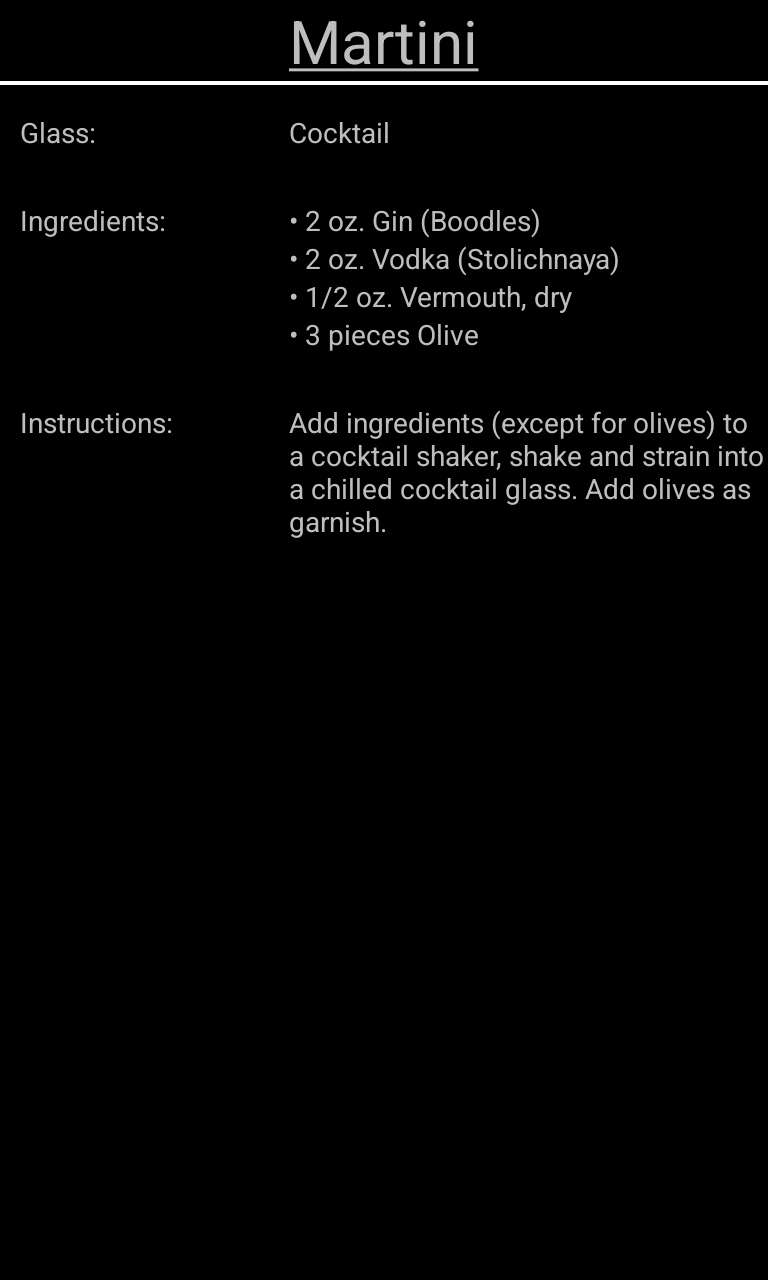
Repository: caltangelo/Drinkables
Layout: CocktailView/res/layout/main.xml
An editor plug-in stored every save of this project. The layout is shown before and after the next save, followed by the edit.
It is drawn on a 768 x 1280 px phone screen (xhdpi) without system bars, with theme android:Theme; the app's code is not run.

Above is the layout before, as saved 2011-09-22 21:09:58.

### CocktailView/res/layout/main.xml
<?xml version="1.0" encoding="utf-8"?>
<RelativeLayout xmlns:android="http://schemas.android.com/apk/res/android"
	android:orientation="vertical" android:layout_width="fill_parent"
	android:layout_height="fill_parent">
	<TextView android:id="@+id/drinkname" android:layout_height="wrap_content"
		android:textSize="30sp" android:text="@string/drink_name"
		android:layout_width="wrap_content" android:layout_alignParentTop="true"
		android:layout_centerHorizontal="true" />

	<TextView android:layout_width="fill_parent" android:layout_height="2dp" android:background="#FFFFFFFF"
		android:layout_below="@id/drinkname"/>

	<TextView android:layout_height="wrap_content" android:id="@+id/ingredient_label"
		android:text="Ingredients: " android:layout_width="wrap_content"
		android:layout_below="@+id/glass_label"
		android:layout_alignLeft="@id/glass_label" android:layout_marginTop="25dp" />
	<TableLayout android:layout_height="wrap_content"
		android:id="@+id/ingredient_table" android:layout_width="wrap_content"
		android:layout_alignTop="@+id/ingredient_label"
		android:layout_alignLeft="@+id/drinkname"
		android:layout_alignParentRight="true">
		<TableRow android:id="@+id/tableRow1" android:layout_width="wrap_content"
			android:layout_height="wrap_content">
			<TextView android:text="• 2 oz. Gin (Boodles)" android:id="@+id/textView1"
				android:layout_width="wrap_content" android:layout_height="wrap_content" />
		</TableRow>
		<TableRow android:id="@+id/tableRow2" android:layout_width="wrap_content"
			android:layout_height="wrap_content">
			<TextView android:text="• 2 oz. Vodka (Stolichnaya)"
				android:id="@+id/textView2" android:layout_width="wrap_content"
				android:layout_height="wrap_content"></TextView>
		</TableRow>
		<TableRow android:id="@+id/tableRow3" android:layout_width="wrap_content"
			android:layout_height="wrap_content">
			<TextView android:text="• 1/2 oz. Vermouth, dry" android:id="@+id/textView3"
				android:layout_width="wrap_content" android:layout_height="wrap_content"></TextView>
		</TableRow>
		<TableRow android:id="@+id/tableRow4" android:layout_width="wrap_content"
			android:layout_height="wrap_content">
			<TextView android:text="• 3 pieces Olive" android:id="@+id/textView4"
				android:layout_width="wrap_content" android:layout_height="wrap_content"></TextView>
		</TableRow>
	</TableLayout>

	<TextView android:id="@+id/instruction_label"
		android:layout_height="wrap_content" android:layout_width="wrap_content"
		android:layout_below="@id/ingredient_table"
		android:layout_alignLeft="@id/glass_label" android:text="Instructions: "
		android:layout_marginTop="25dp" />
	<TextView android:id="@+id/instructions"
		android:layout_height="wrap_content" android:layout_width="wrap_content"
		android:layout_alignTop="@id/instruction_label"
		android:layout_alignLeft="@id/drinkname"
		android:layout_alignParentRight="true" android:text="@string/drink_instructions" />

	<TextView android:id="@+id/glass_label" android:layout_width="wrap_content"
		android:layout_height="wrap_content" android:layout_below="@id/drinkname"
		android:layout_marginLeft="10dp" android:text="Glass:" android:layout_marginTop="16dp"/>
	<TextView android:id="@+id/glass_type"
		android:layout_toRightOf="@id/glass_label" android:text="@string/drink_glass"
		android:layout_height="wrap_content" android:layout_width="wrap_content"
		android:layout_alignTop="@id/glass_label" android:layout_alignLeft="@+id/drinkname" />

</RelativeLayout>

### CocktailView/res/values/strings.xml
<?xml version="1.0" encoding="utf-8"?>
<resources>
    <string name="hello">Hello World, CocktailViewActivity!</string>
    <string name="app_name">CocktailView</string>
    <string name="drink_name"><u>Martini</u></string>
    <string name="drink_glass">Cocktail</string>
    <string-array name="drink_ingredients">
        <item>2 oz. Gin (Boodles)</item>
        <item>2 oz. Vodka (Stolichnaya)</item>
        <item>1/2 oz. Vermouth, dry</item>
        <item>3 pieces Olive</item>
    </string-array>
    <string name="drink_instructions">Add ingredients (except for olives) to a cocktail shaker, shake and strain into a chilled cocktail glass.  Add olives as garnish.</string>
</resources>

After the next save:
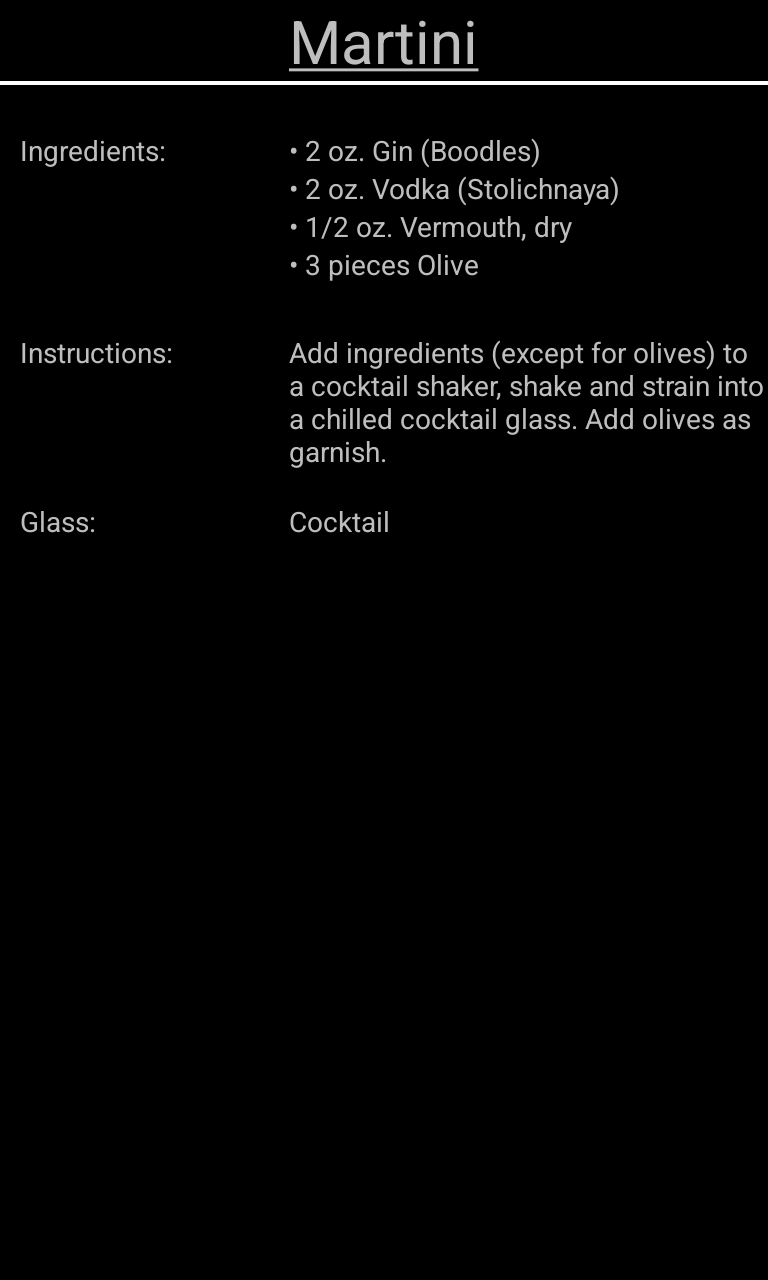
Saved 64 s later.
--- a/CocktailView/res/layout/main.xml
+++ b/CocktailView/res/layout/main.xml
@@ -12,7 +12,7 @@
 
 	<TextView android:layout_height="wrap_content" android:id="@+id/ingredient_label"
 		android:text="Ingredients: " android:layout_width="wrap_content"
-		android:layout_below="@+id/glass_label"
+		android:layout_below="@+id/drinkname"
 		android:layout_alignLeft="@id/glass_label" android:layout_marginTop="25dp" />
 	<TableLayout android:layout_height="wrap_content"
 		android:id="@+id/ingredient_table" android:layout_width="wrap_content"
@@ -54,7 +54,7 @@
 		android:layout_alignParentRight="true" android:text="@string/drink_instructions" />
 
 	<TextView android:id="@+id/glass_label" android:layout_width="wrap_content"
-		android:layout_height="wrap_content" android:layout_below="@id/drinkname"
+		android:layout_height="wrap_content" android:layout_below="@id/instructions"
 		android:layout_marginLeft="10dp" android:text="Glass:" android:layout_marginTop="16dp"/>
 	<TextView android:id="@+id/glass_type"
 		android:layout_toRightOf="@id/glass_label" android:text="@string/drink_glass"
